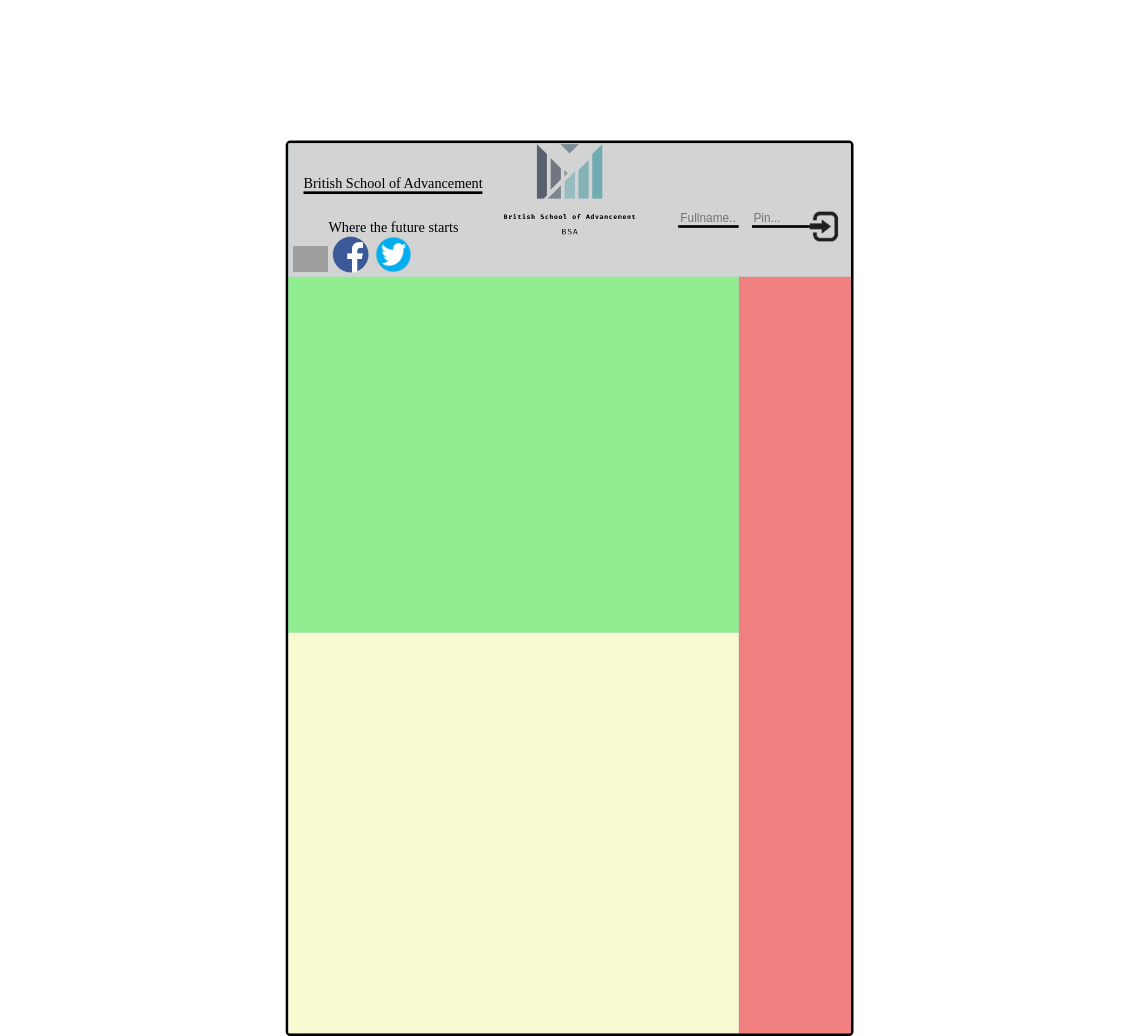
Repository: ghend99/School-app
Page: index.html
These files come from the project's save history. The page is drawn as it stood at one moment and after the next save; the edit follows.
The browser window is 1280 px wide. The pictures show the whole page, at 89% of full size.
Pictures or frames that could not be fetched are drawn as grey boxes.

Above is the page before, as saved 2023-03-24 13:16:10.

After the next save:
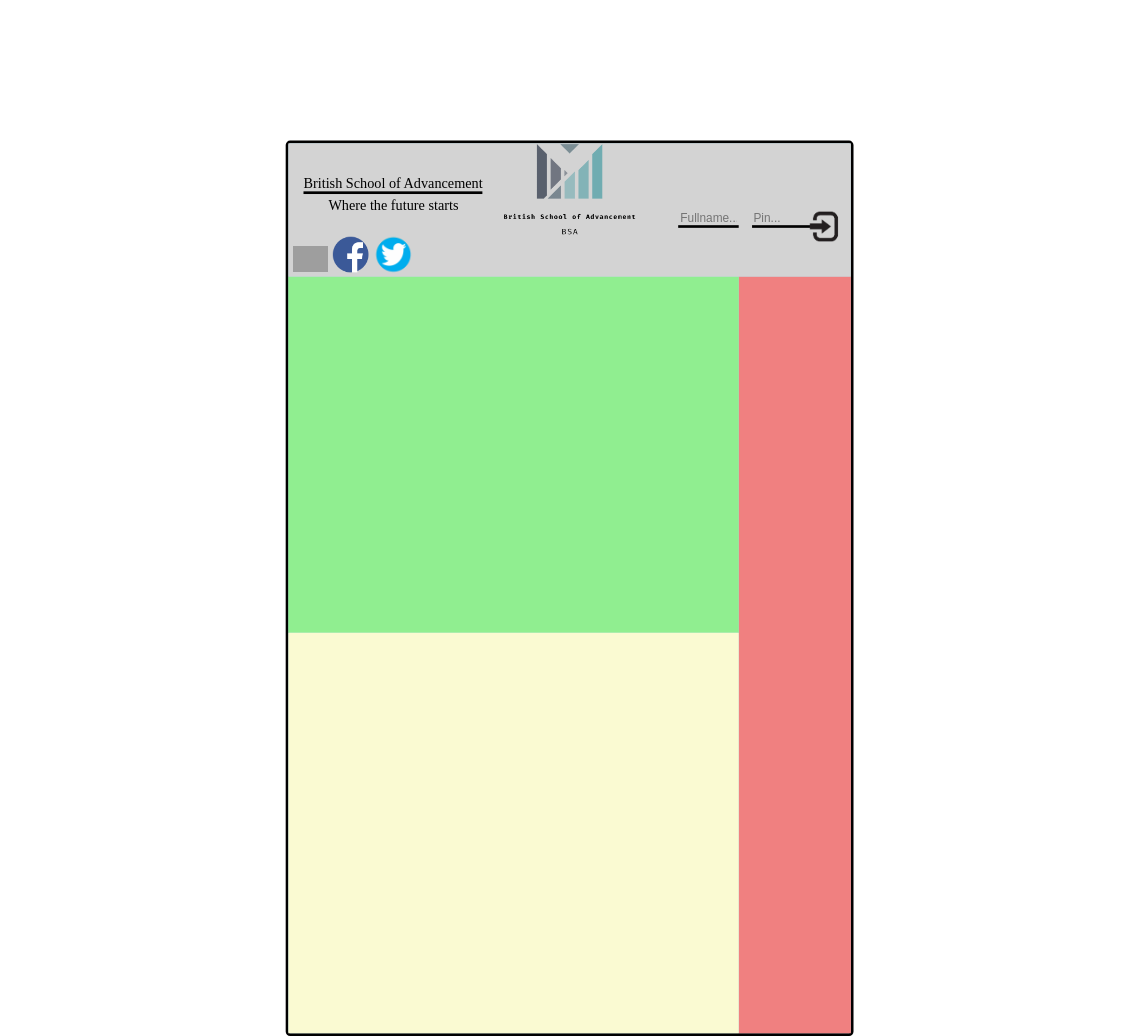
Saved 27 s later.
--- a/style.css
+++ b/style.css
@@ -30,8 +30,7 @@
 
 .header-school-slogan {
   position: absolute;
-  /* top: clamp(45px, 3%, 100px); */
-  bottom: 20%;
+  top: clamp(45px, 3%, 100px);
   left: clamp(45px, 5%, 70px);
   font-size: clamp(0.9rem, 1.5vw, 1rem);
 }
